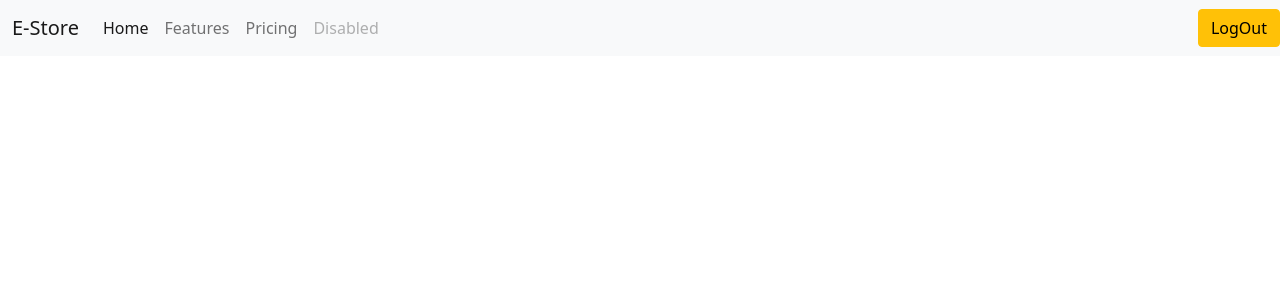
Repository: mariamkhaledsapra/E-Commerce-main
Page: /
These files come from the project's save history. The page is drawn as it stood at one moment and after a run of saves; the edit follows.
The browser window is 1280 px wide. The pictures show the whole page.
The project was rebuilt for these pictures with package versions that can differ from the ones it lists, and the page was loaded fresh each time. Also part of the build but not shown: src/index.css, src/App.css, src/components/Login.jsx.

Above is the page before, as saved 2024-02-13 22:26:28.

### public/index.html
<!DOCTYPE html>
<html lang="en">
  <head>
    <meta charset="utf-8" />
    <link rel="icon" href="%PUBLIC_URL%/favicon.ico" />
    <meta name="viewport" content="width=device-width, initial-scale=1" />
    <meta name="theme-color" content="#000000" />
    <meta
      name="description"
      content="Web site created using create-react-app"
    />
    <link href="https://cdn.jsdelivr.net/npm/bootstrap@5.1.3/dist/css/bootstrap.min.css" rel="stylesheet" integrity="sha384-1BmE4kWBq78iYhFldvKuhfTAU6auU8tT94WrHftjDbrCEXSU1oBoqyl2QvZ6jIW3" crossorigin="anonymous">

    <title>React App</title>
  </head>
  <body>
    <div id="root"></div>
    <script src="https://cdn.jsdelivr.net/npm/bootstrap@5.1.3/dist/js/bootstrap.bundle.min.js" integrity="sha384-ka7Sk0Gln4gmtz2MlQnikT1wXgYsOg+OMhuP+IlRH9sENBO0LRn5q+8nbTov4+1p" crossorigin="anonymous"></script>

  </body>
</html>

### src/index.js
import React from "react";
import ReactDOM from "react-dom/client";
import "./index.css";
import App from "./App";
import reportWebVitals from "./reportWebVitals";
import { createBrowserRouter, RouterProvider } from "react-router-dom";
import Login from "./components/Login";
import Navbar from "./components/Navbar";

const Routes = createBrowserRouter([
  {
    path: "/",
    element: <App />,
  },
  {
    path: "/login",
    element: <Login />,
  },
]);

const root = ReactDOM.createRoot(document.getElementById("root"));
root.render(
  <RouterProvider router={Routes}>
    <App />
  </RouterProvider>
);

reportWebVitals();

### src/App.js
import logo from './logo.svg';
import './App.css';
import Navbar from './components/Navbar';
import { Outlet } from 'react-router-dom';

function App() {
  return (
    <div className="bg-info h-100">
      <Navbar/>
    </div>
  );
}

export default App;

### src/components/Navbar.jsx
import React from 'react'

const Navbar = () => {
  return (
    <nav className="navbar navbar-expand-lg navbar-light bg-light ">
    <div className="container-fluid">
      <a className="navbar-brand" href="#">E-Store</a>
      <button className="navbar-toggler" type="button" data-bs-toggle="collapse" data-bs-target="#navbarNavAltMarkup" aria-controls="navbarNavAltMarkup" aria-expanded="false" aria-label="Toggle navigation">
        <span className="navbar-toggler-icon"></span>
      </button>
      <div className="collapse navbar-collapse" id="navbarNavAltMarkup">
        <div className="navbar-nav">
          <a className="nav-link active" aria-current="page" href="#">Home</a>
          <a className="nav-link" href="#">Features</a>
          <a className="nav-link" href="#">Pricing</a>
          <a className="nav-link disabled">Disabled</a>
        </div>
      </div>

      </div>
      <button className="btn btn-warning">LogOut</button>
  </nav>
  )
}

export default Navbar

Loaded but not shown: src/reportWebVitals.js (common file)

After the next 2 saves:
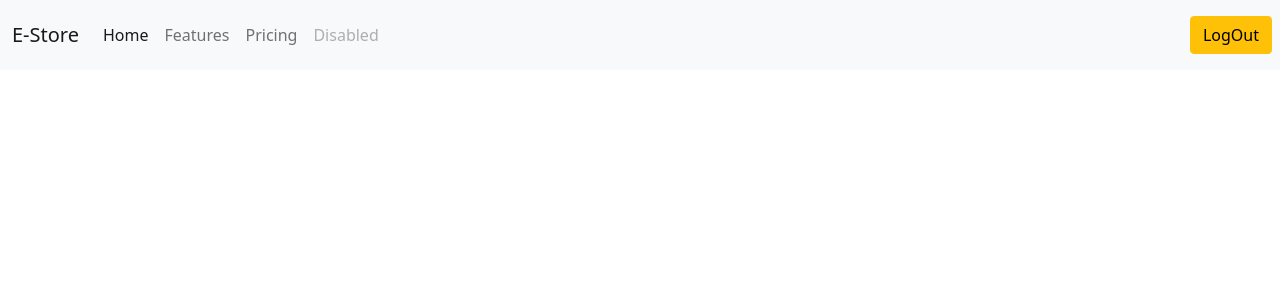
The 2 saves are shown as one change because they came seconds apart.
The last was saved 17 s later.
--- a/src/components/Navbar.jsx
+++ b/src/components/Navbar.jsx
@@ -18,7 +18,7 @@ const Navbar = () => {
       </div>
 
       </div>
-      <button className="btn btn-warning">LogOut</button>
+      <button className="btn btn-warning m-2">LogOut</button>
   </nav>
   )
 }
